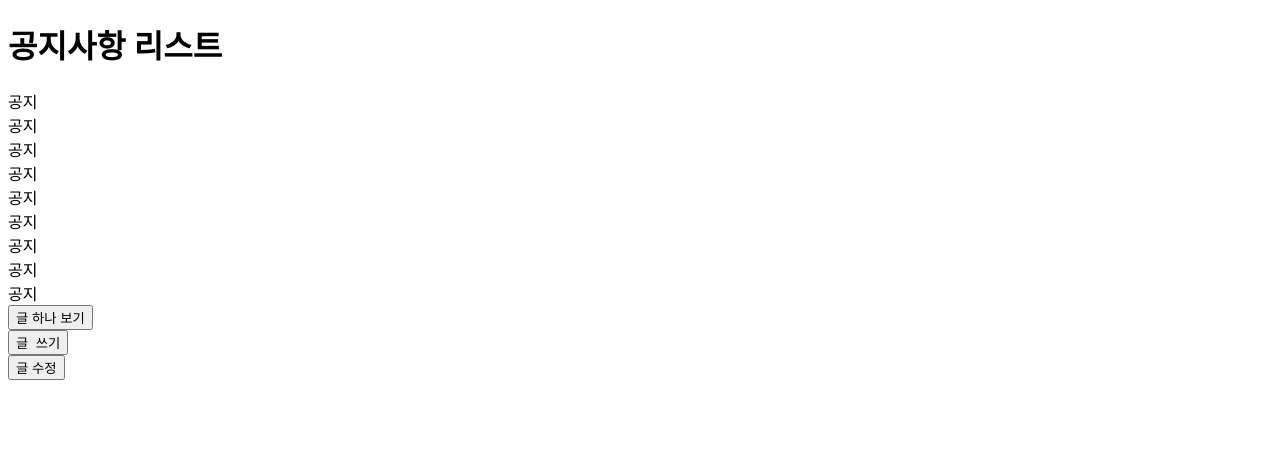
Repository: lbj0314/webTest
Page: Html_ex1/WebContent/notice/noticeList.html
The author's editor kept a copy of each file at every save. The page is drawn from the files as they stood at one save, then again after the next save.
The browser window is 1280 px wide. The pictures show the whole page.

Above is the page before, as saved 2019-10-15 08:35:43.

After the next save:
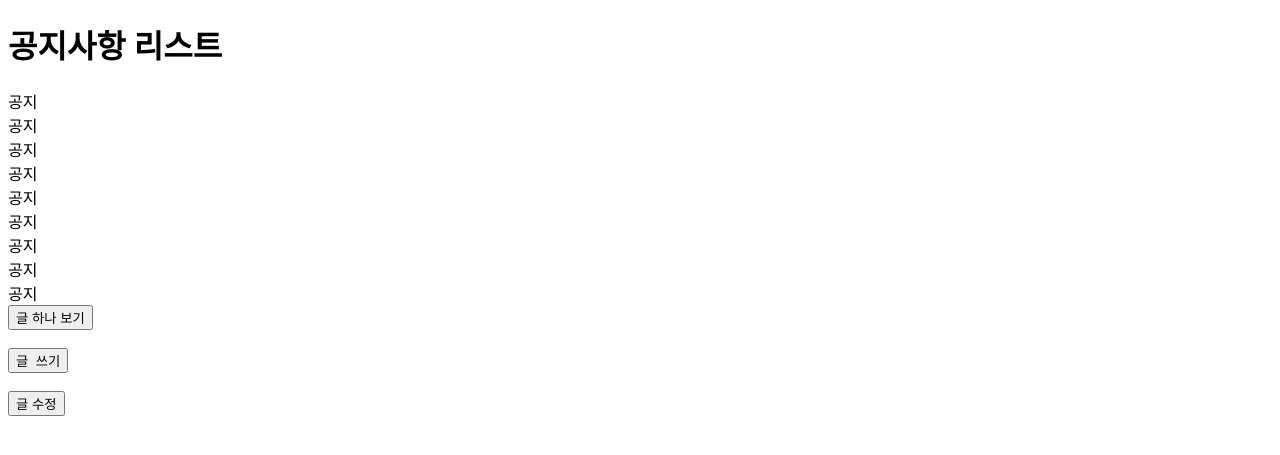
Saved 12 s later.
--- a/Html_ex1/WebContent/notice/noticeList.html
+++ b/Html_ex1/WebContent/notice/noticeList.html
@@ -18,13 +18,13 @@
 	<table>
 		<form action="./noticeListOne.html" method="get">
 		<input type="submit" value="글 하나 보기" name="noticeListOne">
-		</form><br>
+		</form><br><br>
 		<form action="./noticeWrite.html" method="get">
 		<input type="submit" value="글  쓰기" name="noticeWrite">
-		</form><br>
+		</form><br><br>
 		<form action="./noticeUpdate.html" method="get">
 		<input type="submit" value="글 수정" name="noticeUpdate">
-		</form><br>
+		</form><br><br>
 	</table>
 </body>
 </html>
